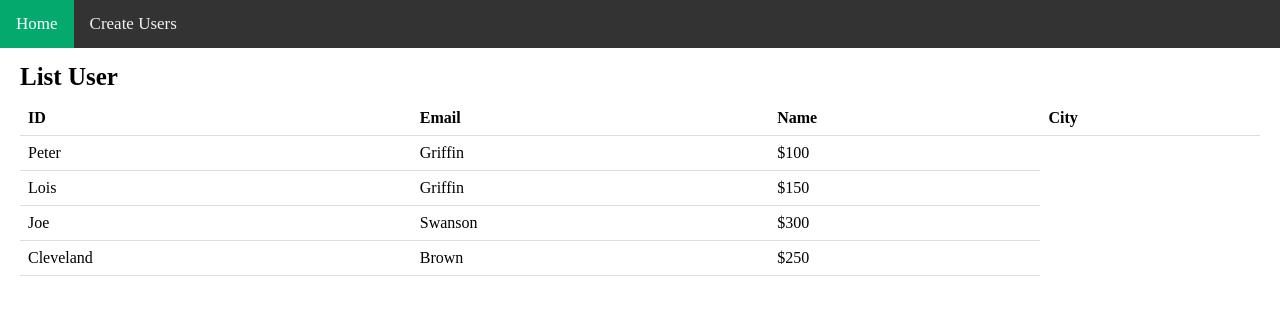
Repository: Ducbii4202/backend-Nodejs
Page: src/views/home.ejs
These files come from the project's save history. The page is drawn as it stood at one moment and after the next save; the edit follows.
The browser window is 1280 px wide. The pictures show the whole page.
The page is served by the project's Node server (server.js). The template is opened directly, without the code that normally fills it, so the values that code supplies are empty.

Above is the page before, as saved 2024-07-01 23:33:31.

After the next save:
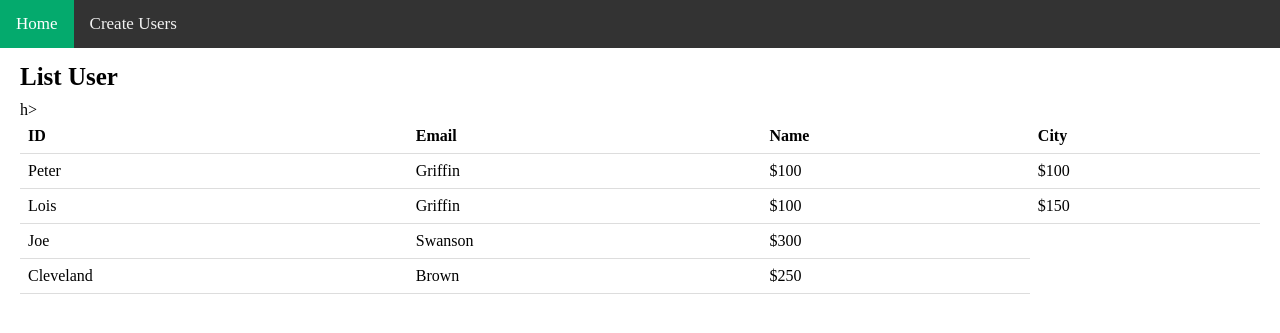
Saved 29 s later.
--- a/src/views/home.ejs
+++ b/src/views/home.ejs
@@ -47,16 +47,18 @@
         <th>ID</th>
         <th>Email</th>
         <th>Name</th>
-        <th>City</th>
+        <th>City</th>h>
       </tr>
       <tr>
         <td>Peter</td>
         <td>Griffin</td>
         <td>$100</td>
+        <td>$100</td>
       </tr>
       <tr>
         <td>Lois</td>
         <td>Griffin</td>
+        <td>$100</td>
         <td>$150</td>
       </tr>
       <tr>
